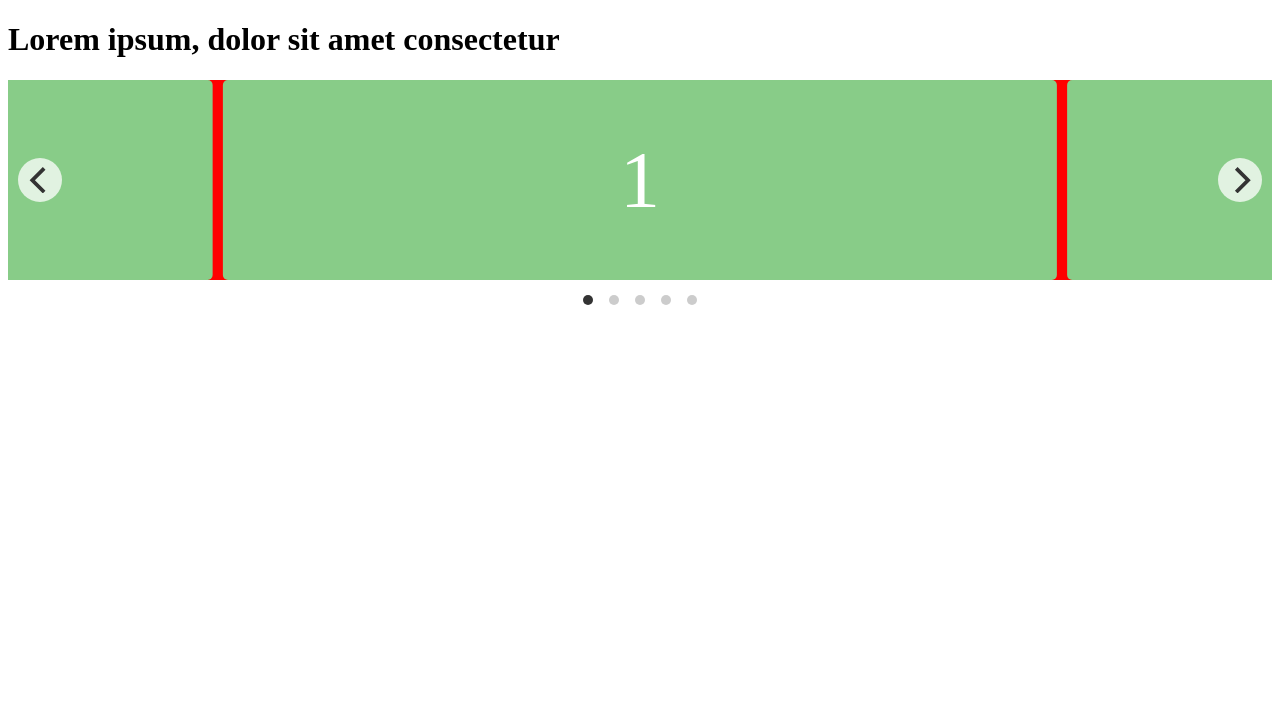
Repository: tongdkhai/Graphic-Art-Mart
Page: test/test.html
The author's editor kept a copy of each file at every save. The page is drawn from the files as they stood at one save, then again after the next save.
The browser window is 1280 px wide. The pictures show the whole page.

Above is the page before, as saved 2022-10-25 17:52:07.

### test/test.html
<!DOCTYPE html>
<html lang="en">
  <head>
    <meta charset="UTF-8" />
    <meta http-equiv="X-UA-Compatible" content="IE=edge" />
    <meta name="viewport" content="width=device-width, initial-scale=1.0" />
    <title>Document</title>
    <link
      rel="stylesheet"
      href="https://unpkg.com/flickity@2.3.0/dist/flickity.pkgd.min.js"
    />
    <link
      rel="stylesheet"
      href="https://unpkg.com/flickity@2.3.0/dist/flickity.css"
    />
    <link rel="stylesheet" href="./flickity-master/css/flickity.css" />
    <style>
      .carousel {
        background-color: red;
      }
      .carousel-cell {
        background-color: #fa23e3;
        width: 100px;
        height: 100px;
        width: 66%;
        height: 200px;
        margin-right: 10px;
        background: #8c8;
        border-radius: 5px;
        counter-increment: carousel-cell;
      }
      /* cell number */
      .carousel-cell:before {
        display: block;
        text-align: center;
        content: counter(carousel-cell);
        line-height: 200px;
        font-size: 80px;
        color: white;
      }

      .text {
        color: #000000;
      }
    </style>
  </head>
  <body>
    <h1 class="title">Lorem ipsum, dolor sit amet consectetur</h1>
    <div
      class="carousel"
      data-flickity='{"freeScroll": true, "wrapAround": true}'
    >
      <div class="carousel-cell">
       <img src="./image.jpg" alt="">
      </div>
      <div class="carousel-cell">
        <div class="text">
          adkaskdaskfhdjkasfhjdfh Lorem ipsum dolor sit amet consectetur,
          adipisicing elit. Aliquid dolore, magni ratione porro architecto id
          iure! Soluta eos id maiores, commodi sunt, molestiae est minus
          incidunt facere quisquam tempora veniam!
        </div>
      </div>
      <div class="carousel-cell">
        <div class="text">
          adkaskdaskfhdjkasfhjdfh Lorem ipsum dolor sit amet consectetur,
          adipisicing elit. Aliquid dolore, magni ratione porro architecto id
          iure! Soluta eos id maiores, commodi sunt, molestiae est minus
          incidunt facere quisquam tempora veniam!
        </div>
      </div>
      <div class="carousel-cell">
        <div class="text">
          adkaskdaskfhdjkasfhjdfh Lorem ipsum dolor sit amet consectetur,
          adipisicing elit. Aliquid dolore, magni ratione porro architecto id
          iure! Soluta eos id maiores, commodi sunt, molestiae est minus
          incidunt facere quisquam tempora veniam!
        </div>
      </div>
      <div class="carousel-cell">
        <div class="text">
          adkaskdaskfhdjkasfhjdfh Lorem ipsum dolor sit amet consectetur,
          adipisicing elit. Aliquid dolore, magni ratione porro architecto id
          iure! Soluta eos id maiores, commodi sunt, molestiae est minus
          incidunt facere quisquam tempora veniam!
        </div>
      </div>
    </div>
    <script type="text/javascript" src="./docs/flickity.pkgd.min.js"></script>
  </body>
</html>

### test/flickity-master/css/flickity.css
/*! Flickity v3.0.0
https://flickity.metafizzy.co
---------------------------------------------- */

.flickity-enabled {
  position: relative;
}

.flickity-enabled:focus { outline: none; }

.flickity-viewport {
  overflow: hidden;
  position: relative;
  height: 100%;
  touch-action: pan-y;
}

.flickity-slider {
  position: absolute;
  width: 100%;
  height: 100%;
  left: 0;
}

.flickity-rtl .flickity-slider {
  left: unset;
  right: 0;
}

/* draggable */

.flickity-enabled.is-draggable {
  -webkit-tap-highlight-color: transparent;
  user-select: none;
}

.flickity-enabled.is-draggable .flickity-viewport {
  cursor: move;
  cursor: grab;
}

.flickity-enabled.is-draggable .flickity-viewport.is-pointer-down {
  cursor: grabbing;
}

/* ---- flickity-cell ---- */

.flickity-cell {
  position: absolute;
  left: 0;
}

.flickity-rtl .flickity-cell {
  left: unset;
  right: 0;
}

/* ---- flickity-button ---- */

.flickity-button {
  position: absolute;
  background: hsl(0 0% 100% / 75%);
  border: none;
  color: #333;
}

.flickity-button:hover {
  background: white;
  cursor: pointer;
}

.flickity-button:focus {
  outline: none;
  box-shadow: 0 0 0 5px #19F;
}

.flickity-button:active {
  opacity: 0.6;
}

.flickity-button:disabled {
  opacity: 0.3;
  cursor: auto;
  /* prevent disabled button from capturing pointer up event. #716 */
  pointer-events: none;
}

.flickity-button-icon {
  fill: currentColor;
}

/* ---- previous/next buttons ---- */

.flickity-prev-next-button {
  top: 50%;
  width: 44px;
  height: 44px;
  border-radius: 50%;
  /* vertically center */
  transform: translateY(-50%);
}

.flickity-prev-next-button.previous { left: 10px; }
.flickity-prev-next-button.next { right: 10px; }
/* right to left */
.flickity-rtl .flickity-prev-next-button.previous {
  left: auto;
  right: 10px;
}

.flickity-rtl .flickity-prev-next-button.next {
  right: auto;
  left: 10px;
}

.flickity-prev-next-button .flickity-button-icon {
  position: absolute;
  left: 20%;
  top: 20%;
  width: 60%;
  height: 60%;
}

/* ---- page dots ---- */

.flickity-page-dots {
  position: absolute;
  width: 100%;
  bottom: -25px;
  text-align: center;
  display: flex;
  justify-content: center;
  flex-wrap: wrap;
}

.flickity-rtl .flickity-page-dots { direction: rtl; }

.flickity-page-dot {
  display: block;
  width: 10px;
  height: 10px;
  padding: 0;
  margin: 0 8px;
  background: hsl(0 0% 20% / 25%);
  border-radius: 50%;
  cursor: pointer;
  appearance: none;
  border: none;
  text-indent: -9999px;
  overflow: hidden;
}

.flickity-rtl .flickity-page-dot {
  text-indent: 9999px;
}

.flickity-page-dot:focus {
  outline: none;
  box-shadow: 0 0 0 5px #19F;
}

.flickity-page-dot.is-selected {
  background: hsl(0 0% 20% / 100%);
}

Loaded but not shown: test/docs/flickity.pkgd.min.js (library)

After the next save:
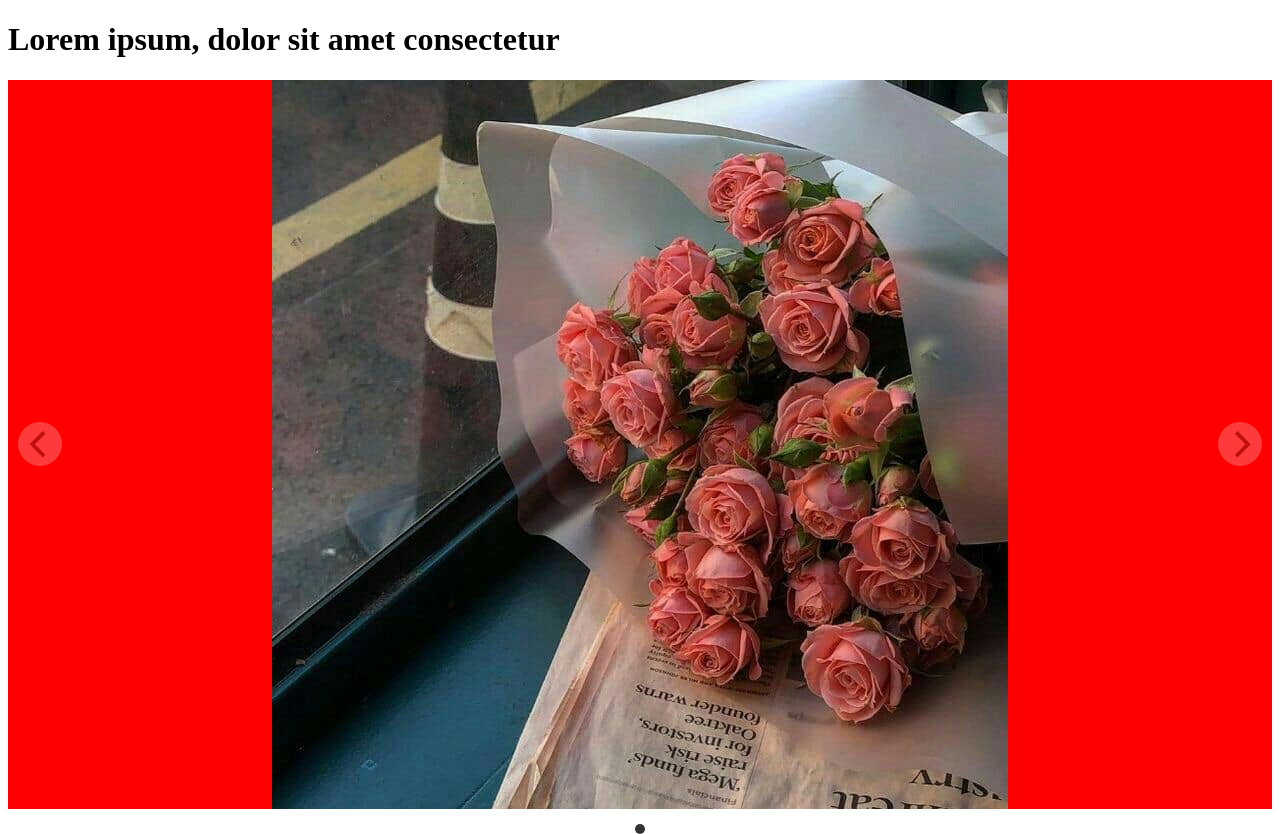
Saved 92 s later.
--- a/test/test.html
+++ b/test/test.html
@@ -50,41 +50,7 @@
       class="carousel"
       data-flickity='{"freeScroll": true, "wrapAround": true}'
     >
-      <div class="carousel-cell">
-       <img src="./image.jpg" alt="">
-      </div>
-      <div class="carousel-cell">
-        <div class="text">
-          adkaskdaskfhdjkasfhjdfh Lorem ipsum dolor sit amet consectetur,
-          adipisicing elit. Aliquid dolore, magni ratione porro architecto id
-          iure! Soluta eos id maiores, commodi sunt, molestiae est minus
-          incidunt facere quisquam tempora veniam!
-        </div>
-      </div>
-      <div class="carousel-cell">
-        <div class="text">
-          adkaskdaskfhdjkasfhjdfh Lorem ipsum dolor sit amet consectetur,
-          adipisicing elit. Aliquid dolore, magni ratione porro architecto id
-          iure! Soluta eos id maiores, commodi sunt, molestiae est minus
-          incidunt facere quisquam tempora veniam!
-        </div>
-      </div>
-      <div class="carousel-cell">
-        <div class="text">
-          adkaskdaskfhdjkasfhjdfh Lorem ipsum dolor sit amet consectetur,
-          adipisicing elit. Aliquid dolore, magni ratione porro architecto id
-          iure! Soluta eos id maiores, commodi sunt, molestiae est minus
-          incidunt facere quisquam tempora veniam!
-        </div>
-      </div>
-      <div class="carousel-cell">
-        <div class="text">
-          adkaskdaskfhdjkasfhjdfh Lorem ipsum dolor sit amet consectetur,
-          adipisicing elit. Aliquid dolore, magni ratione porro architecto id
-          iure! Soluta eos id maiores, commodi sunt, molestiae est minus
-          incidunt facere quisquam tempora veniam!
-        </div>
-      </div>
+      <img src="./image.jpg" alt="">
     </div>
     <script type="text/javascript" src="./docs/flickity.pkgd.min.js"></script>
   </body>
